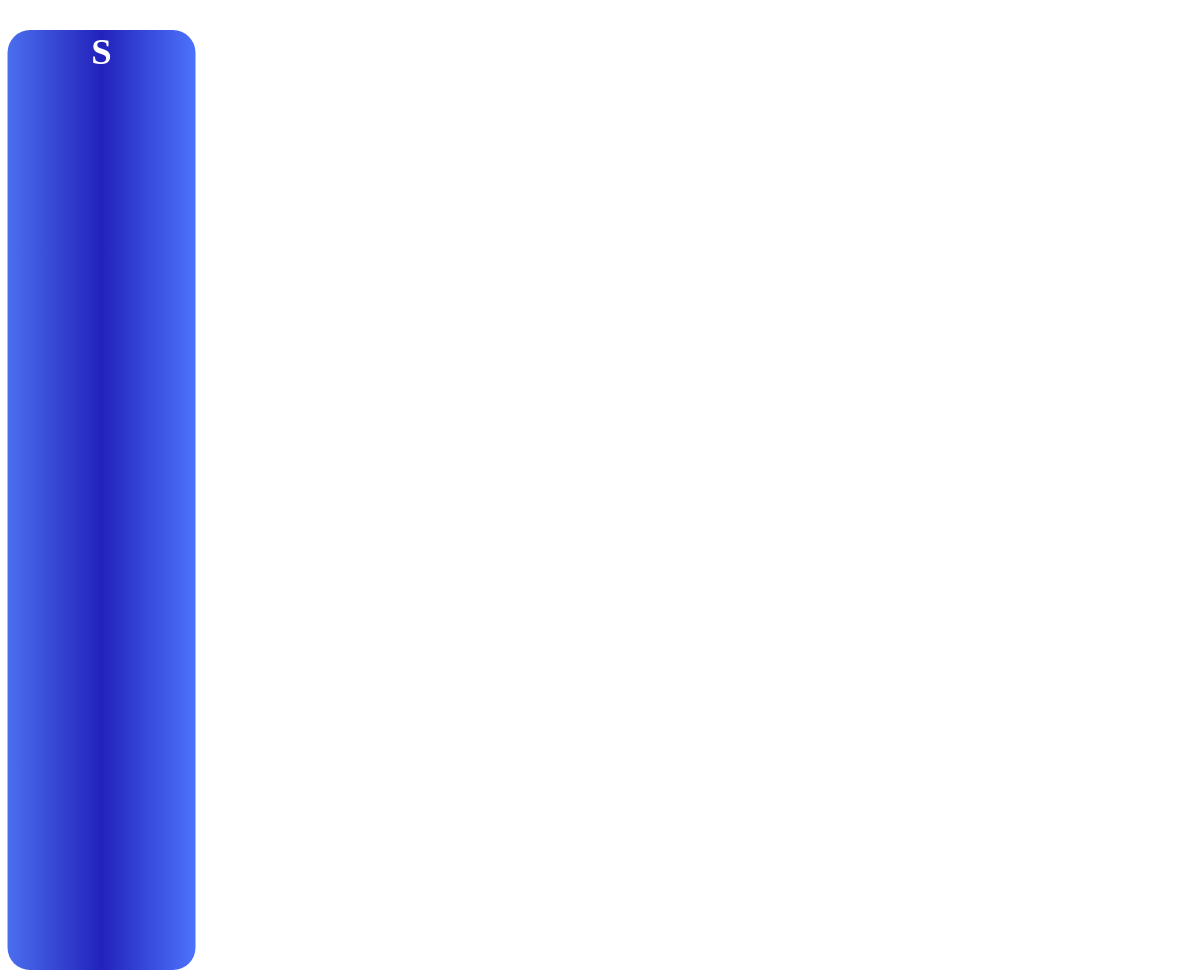
Repository: rafalzacher1/smartify-interface
Page: navigation.html
An editor plug-in stored every save of this project. The page is shown before and after the next save, followed by the edit.
The browser window is 1280 px wide. The pictures show the whole page, at 94% of full size.

Above is the page before, as saved 2022-06-30 02:14:13.

After the next save:
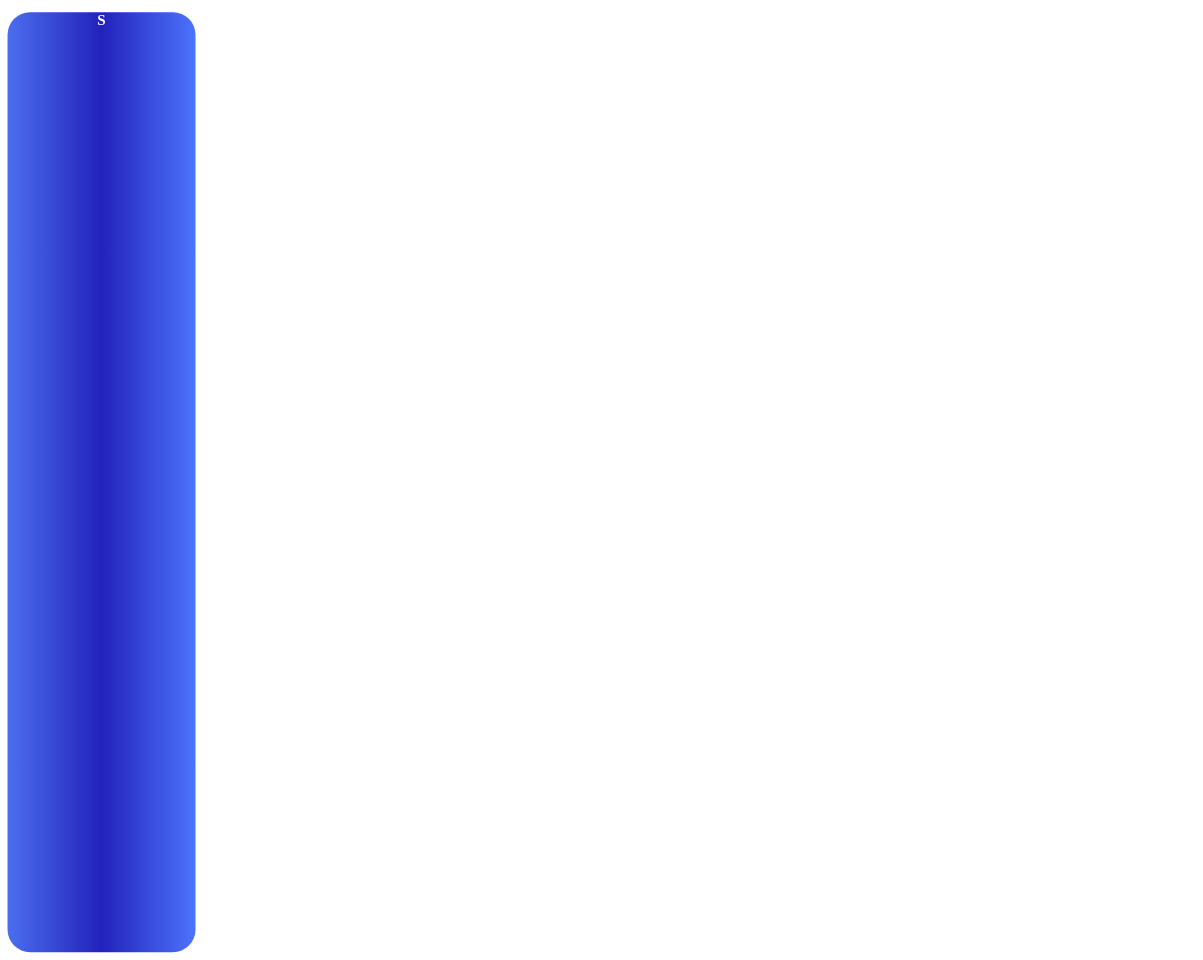
Saved 14 s later.
--- a/styles/navigation.css
+++ b/styles/navigation.css
@@ -16,4 +16,6 @@
 
 #navigation-container h1 {
   color: #ffffff;
+  font-family: "Baloo Bhai";
+  font-size: 16px;
 }

After the save that followed:
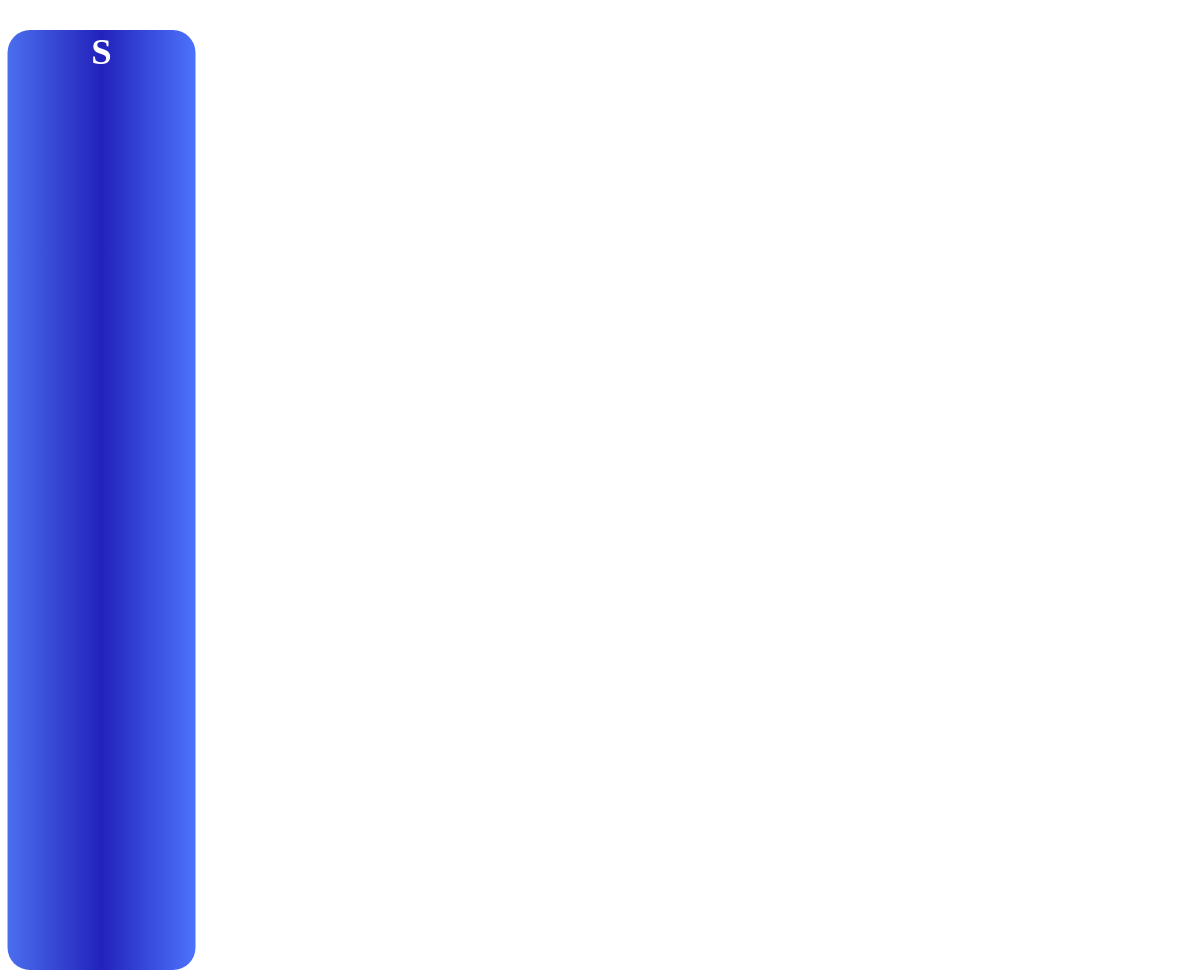
Saved 13 s later.
--- a/styles/navigation.css
+++ b/styles/navigation.css
@@ -16,6 +16,4 @@
 
 #navigation-container h1 {
   color: #ffffff;
-  font-family: "Baloo Bhai";
-  font-size: 16px;
 }
